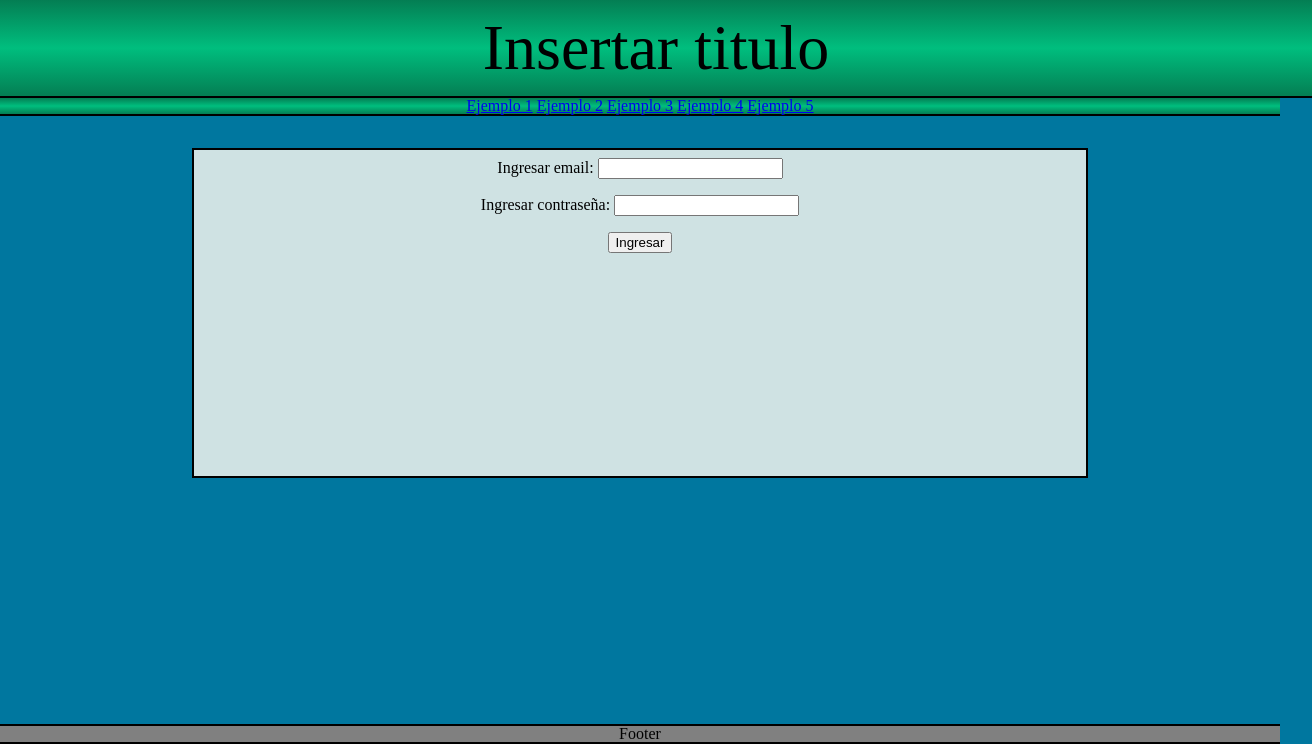
Repository: FacundoKinderknecht/Parcial-2-LPPA
Page: login/login.html
These files come from the project's save history. The page is drawn as it stood at one moment and after the next save; the edit follows.
The browser window is 1280 px wide. The page is 1312 px wide, so the pictures cover 1312 px, including what lies to the right of the window. The pictures show the whole page.

Above is the page before, as saved 2022-07-06 10:33:30.

After the next save:
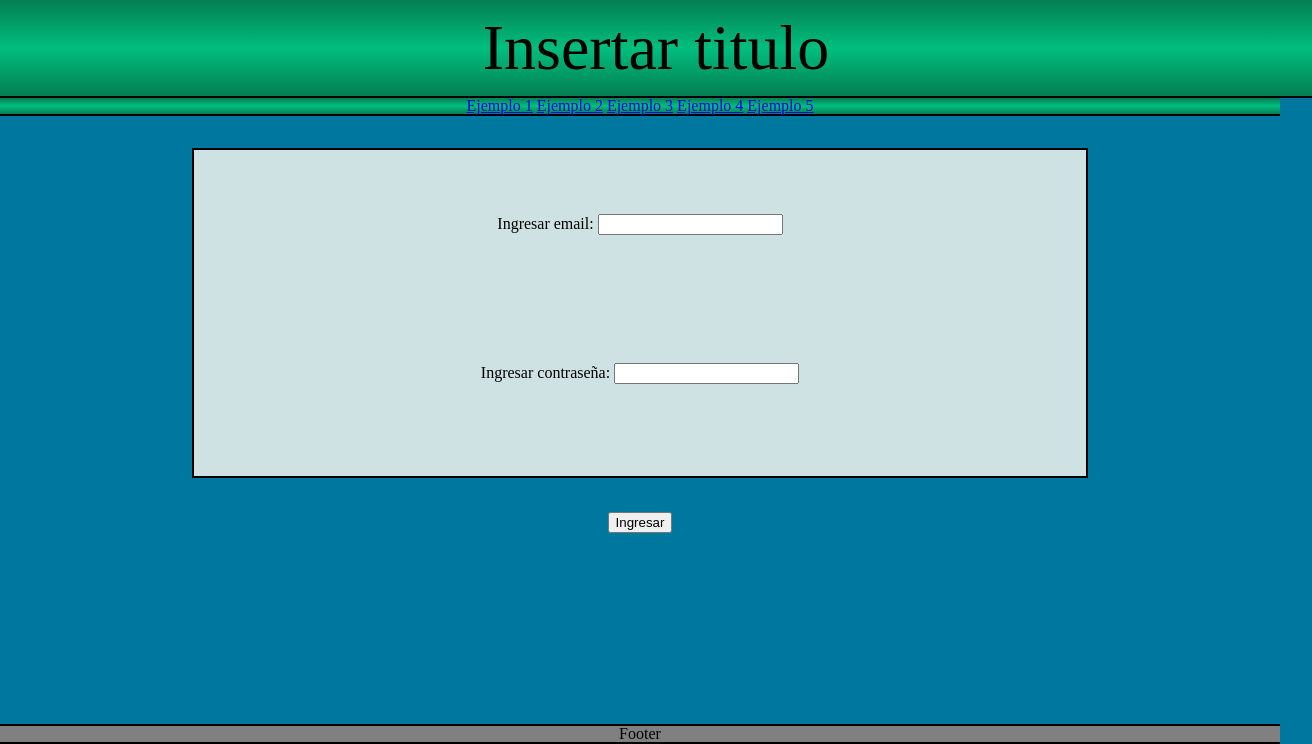
Saved 9 s later.
--- a/login/login.css
+++ b/login/login.css
@@ -35,7 +35,7 @@ form{
     align-items: center;
 }
 div{
-    padding: 0.5rem;
+    padding: 4rem;
 }
 footer{
     border-top: 2px solid black;
